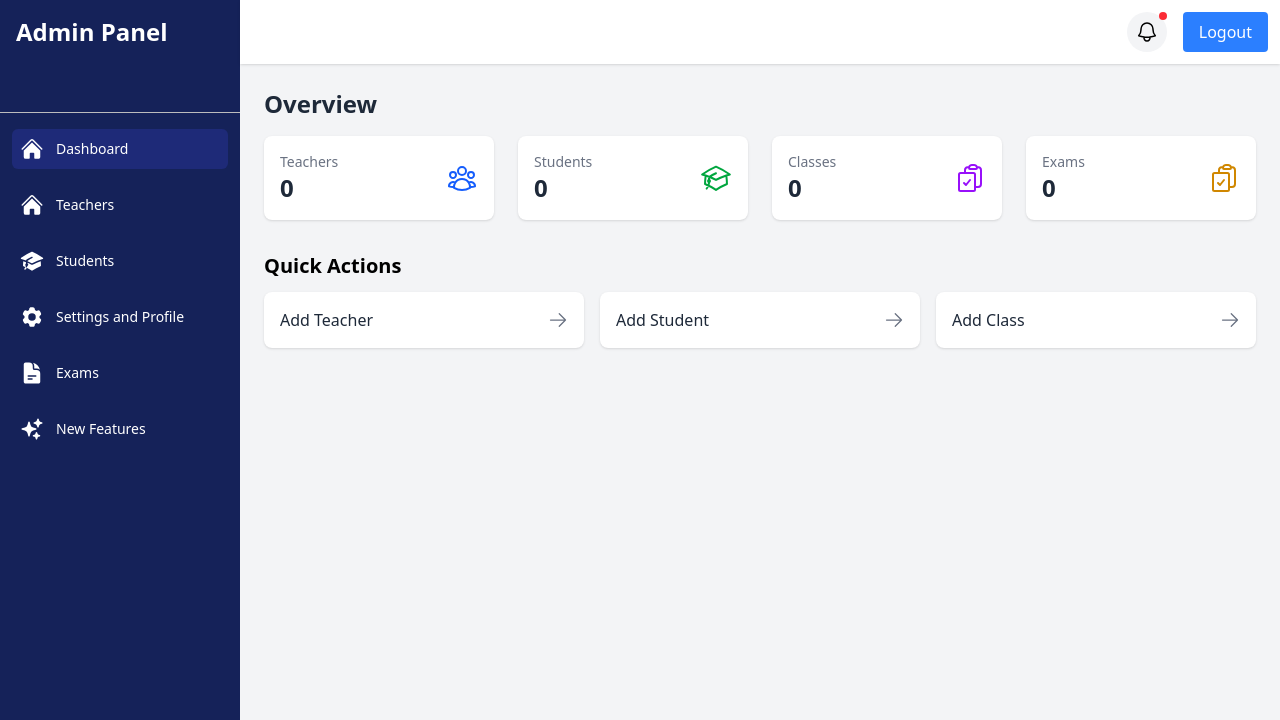
Repository: rahulhr71/AiExam
Page: /dashboard (app in admin/)
The author's editor kept a copy of each file at every save. The page is drawn from the files as they stood at one save, then again after the next save.
The browser window is 1280 px wide. The pictures show the whole page.
The page's requests for data from a server got no answer. The project was rebuilt for these pictures with package versions that can differ from the ones it lists, and the page was loaded fresh each time. No one was signed in, and anything a server would have sent is missing. Also part of the build but not shown: admin/vite.config.js, admin/src/pages/Login.jsx, admin/src/components/AddTeachers.jsx.

Above is the page before, as saved 2025-08-07 11:37:30.

### admin/src/main.jsx
import { StrictMode } from 'react'
import { createRoot } from 'react-dom/client'
import './index.css'
import App from './App.jsx'
import { AdminProvider } from './context/adminContext.jsx'
import { BrowserRouter } from 'react-router-dom'
createRoot(document.getElementById('root')).render(
  <AdminProvider>
 <BrowserRouter>
   <App />
 </BrowserRouter>
  </AdminProvider>


)

### admin/src/App.jsx
import Login from './pages/Login'
import { Route, Routes } from 'react-router-dom'
import Dashboard from './pages/Dashboard'
function App() {

  return (
    <>
      <Routes>
        <Route path="/" element={<Login />} />
        <Route path="/login" element={<Login />} />
        <Route path="/dashboard" element={<Dashboard />} />
        <Route path="/dashboard/students" element={<Dashboard />} />
        <Route path="/dashboard/teachers" element={<Dashboard />} />
        <Route path="/dashboard/settings" element={<Dashboard />} />
        <Route path="/dashboard/exams" element={<Dashboard />} />
        <Route path="/dashboard/new-features" element={<Dashboard />} />
      </Routes>
    </>
  )
}

export default App

### admin/src/context/adminContext.jsx
import {  useContext,useState,createContext } from "react";
const AdminContext = createContext();
export const AdminProvider= ({ children }) => {
  const [activeComponent, setActiveComponent] = useState('dashboard');

  return (
    <AdminContext.Provider value={{ activeComponent, setActiveComponent}}>
      {children}
    </AdminContext.Provider>
  );
}
export const useAdmin = () => useContext(AdminContext);

### admin/src/pages/Dashboard.jsx
import { useEffect, useState } from 'react';
import axios from 'axios';
import { useNavigate,Link } from 'react-router-dom';
import Sidebar from '../components/Sidebar';
import AddTeachers from '../components/AddTeachers';
import { BellIcon, UserGroupIcon, AcademicCapIcon, ClipboardDocumentCheckIcon, ArrowRightIcon } from '@heroicons/react/24/outline';
import { useAdmin } from '../context/adminContext';
const Dashboard = () => {
  const {activeComponent,setActiveComponent} = useAdmin();
  const [stats, setStats] = useState({
    teachers: 0,
    students: 0,
    classes: 0,
    exams: 0,
  });

  useEffect(() => {

    const fetchStats = async () => {
      try {
        const res = await axios.get('http://localhost:4000/api/admin/dashboard/summery', {
          withCredentials: true,
        });
        setStats(res.data);
      } catch (err) {
        console.error("Failed to fetch dashboard stats", err);
      }
    };

    fetchStats();
  }, []);

  const handleActionClick = (key) => {
    setActiveComponent(key);
  };

  const renderComponent = () => {
    switch (activeComponent) {
      case 'addTeacher':
        return <AddTeachers />;
      case 'addStudent':
        return <div>AddStudents Component</div>;
      case 'addClass':
        return <div>AddClass Component</div>;
      case 'viewTeachers':
        return <div> <button onClick={()=>setActiveComponent('')} className='bg-blue-500 px-3 py-1 rounded-sm'>{`< back`}</button>ViewAllTeachers Component</div>;
      case 'viewStudents':
        return <div>ViewAllStudents Component</div>;
      case 'viewClasses':
        return <div>ViewAllClasses Component</div>;
      case 'teachers':
        return <div>teachers dashboard</div>;
      default:
        return <DashboardOverview stats={stats} onActionClick={handleActionClick} />;
    }
  };

  return (
    <div>
      <Sidebar />
      <div className='absolute top-0 right-0 w-[calc(100%-240px)] min-h-screen bg-gray-100'>
        <div className='flex items-center justify-end bg-white p-3 shadow'>
          <button className="relative p-2 rounded-full bg-gray-100 hover:bg-gray-200">
            <BellIcon className="h-6 w-6 text-black" />
            <span className="absolute top-0 right-0 inline-block h-2 w-2 rounded-full bg-red-500"></span>
          </button>
          <button className='ml-4 bg-blue-500 px-4 py-2 hover:bg-blue-600 text-white rounded'>Logout</button>
        </div>
        <div className='p-6'>{renderComponent()}</div>
      </div>
    </div>
  );
};

export default Dashboard;
const DashboardOverview = ({ stats, onActionClick }) => {
  const cards = [
    {
      title: 'Teachers',
      count: stats.teachers,
      icon: <UserGroupIcon className="h-8 w-8 text-blue-600" />,
      actionKey: 'viewTeachers',
    },
    {
      title: 'Students',
      count: stats.students,
      icon: <AcademicCapIcon className="h-8 w-8 text-green-600" />,
      actionKey: 'viewStudents',
    },
    {
      title: 'Classes',
      count: stats.classes,
      icon: <ClipboardDocumentCheckIcon className="h-8 w-8 text-purple-600" />,
      actionKey: 'viewClasses',
    },
    {
      title: 'Exams',
      count: stats.exams,
      icon: <ClipboardDocumentCheckIcon className="h-8 w-8 text-yellow-600" />,
      actionKey: 'viewExams',
    },
  ];

  return (
    <div>
      <h2 className='text-2xl font-bold text-gray-800 mb-4'>Overview</h2>
      <div className='grid grid-cols-1 md:grid-cols-2 lg:grid-cols-4 gap-6'>
        {cards.map((card) => (
          <div
            key={card.title}
            onClick={() => onActionClick(card.actionKey)}
            className='bg-white rounded-lg p-4 shadow hover:shadow-lg cursor-pointer transition-all flex justify-between items-center'
          >
            <div>
              <h3 className='text-gray-500 text-sm'>{card.title}</h3>
              <p className='text-2xl font-semibold text-gray-800'>{card.count}</p>
            </div>
            {card.icon}
          </div>
        ))}
      </div>

      <div className='mt-8'>
        <h3 className='text-xl font-semibold mb-3'>Quick Actions</h3>
        <div className='grid grid-cols-1 md:grid-cols-3 gap-4'>
          <Link to='/dashboard/teachers/add'>  <ActionButton label="Add Teacher" onClick={() => onActionClick('addTeacher')} /> </Link>
          <Link to='/dashboard/students/add'><ActionButton label="Add Student" onClick={() => onActionClick('addStudent')} /></Link>
          <Link to='/dashboard/'><ActionButton label="Add Class" onClick={() => onActionClick('addClass')} /></Link>
        </div>
      </div>
    </div>
  );
};
const ActionButton = ({ label, onClick }) => (
  <div
    className="flex items-center justify-between bg-white p-4 rounded-lg shadow hover:shadow-md cursor-pointer transition"
    onClick={onClick}
  >
    <span className="text-gray-800 font-medium">{label}</span>
    <ArrowRightIcon className="h-5 w-5 text-gray-500" />
  </div>
);

### admin/src/components/Sidebar.jsx
import React from 'react';
import {
  HomeIcon,
  AcademicCapIcon,
  Cog6ToothIcon,
  SparklesIcon,
  DocumentTextIcon,
} from '@heroicons/react/24/solid';
import { Link, useLocation } from 'react-router-dom';
import { useAdmin } from '../context/adminContext';
const Sidebar = () => {
  const location = useLocation();
const { setActiveComponent } = useAdmin();
  const links = [
    { name: 'Dashboard', icon: <HomeIcon className="h-6 w-6 text-white" />, link: "/dashboard" },
    { name: 'Teachers', icon: <HomeIcon className="h-6 w-6 text-white" />, link: "/dashboard/teachers" },
    { name: 'Students', icon: <AcademicCapIcon className="h-6 w-6 text-white" />, link: "/dashboard/students" },
    { name: 'Settings and Profile', icon: <Cog6ToothIcon className="h-6 w-6 text-white" />, link: "/dashboard/settings" },
    { name: 'Exams', icon: <DocumentTextIcon className="h-6 w-6 text-white" />, link: "/dashboard/exams" },
    { name: 'New Features', icon: <SparklesIcon className="h-6 w-6 text-white" />, link: "/dashboard/new-features" },
  ];

  return (
    <div className="fixed h-[100vh] w-60 bg-[#152259]">
      <div>
        <h1 className="text-white text-2xl font-bold p-4">Admin Panel</h1>
        <br />
        <br />
        <hr className="text-[#BDBDBD]" />
      </div>

      <div className="m-auto w-[90%] mt-4 flex flex-col gap-4">
        {links.map((link, index) => {
          const isActive = location.pathname === link.link;

          return (
            <Link to={link.link} className="w-full" key={index}>
              <div
                className={`w-full p-2 flex gap-3 items-center text-white cursor-pointer rounded-md transition ${isActive ? 'bg-[#1E2A78]' : 'hover:bg-[#1E2A78]'
                  }`} onClick={() => {
                  setActiveComponent(link.name.toLowerCase());}
                  }
              >

                {link.icon}
                <span className="text-sm">{link.name}</span>
              </div>
            </Link>
          );
        })}
      </div>
    </div>
  );
};

export default Sidebar;

Loaded but not shown: admin/index.html (common file); admin/src/index.css (common file)

After the next save:
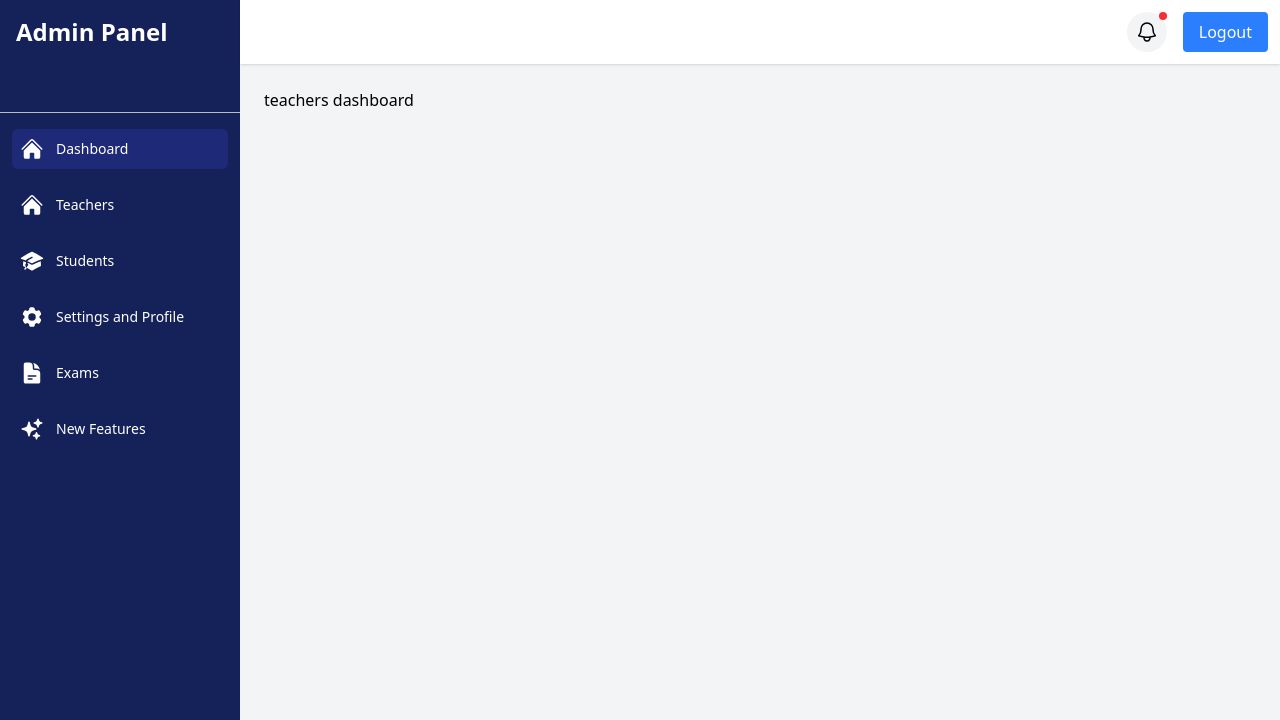
Saved 7 min 15 s later.
--- a/admin/src/pages/Dashboard.jsx
+++ b/admin/src/pages/Dashboard.jsx
@@ -48,9 +48,9 @@ const Dashboard = () => {
         return <div>ViewAllStudents Component</div>;
       case 'viewClasses':
         return <div>ViewAllClasses Component</div>;
-      case 'teachers':
+        default:
+      case 'students':
         return <div>teachers dashboard</div>;
-      default:
         return <DashboardOverview stats={stats} onActionClick={handleActionClick} />;
     }
   };
